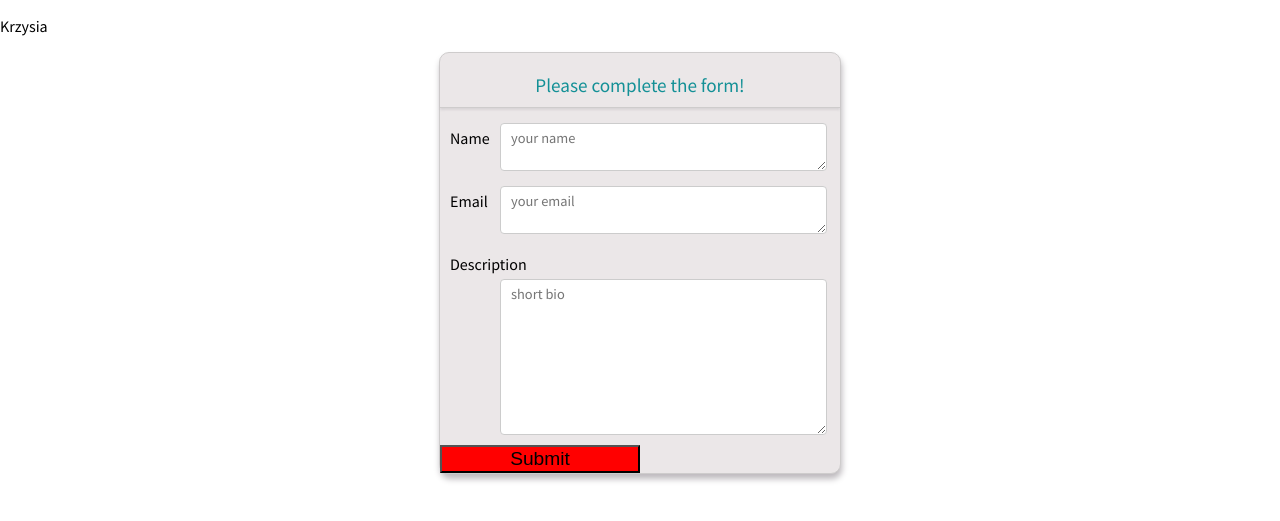
Repository: KrzysKolo/sr_tydzien4_zad2
Page: /
An editor plug-in stored every save of this project. The page is shown before and after the next save, followed by the edit.
The browser window is 1280 px wide. The pictures show the whole page.
The project was rebuilt for these pictures with package versions that can differ from the ones it lists, and the page was loaded fresh each time. Also part of the build but not shown: src/components/formComponents/ErrorMessage.js, src/components/formComponents/Message.js.

Above is the page before, as saved 2020-11-27 17:33:32.

### src/index.css
@import url("https://fonts.googleapis.com/css?family=Source+Sans+Pro");
body {
  margin: 0;
  font-family: "Source Sans Pro", sans-serif;
}

code {
  font-family: source-code-pro, Menlo, Monaco, Consolas, "Courier New",
    monospace;
}

### src/App.js
import React from 'react'
import Form from './components/Form';

function App() {
  return (
    <div>
      <p>Krzysia</p>
      <Form />
    </div>
  )
}

export default App

### src/components/Form.js
import React, { Component } from 'react';
import Input from './formComponents/Input';
import TextArea from './formComponents/TextArea';
import Button from './formComponents/Button';
import Header from './formComponents/Header';
import Message from './formComponents/Message';
import styled from 'styled-components';

const ContainerForm = styled.form`
width: 80%;
max-width: 400px;
background: rgb(235, 231, 232);
border: 1px solid rgb(206, 204, 204);
border-radius: 10px;
box-shadow: 1px 5px 6px rgb(189, 185, 189);
margin: 0 auto;
`;

class Form extends Component {

state = {
    Name: '',
    Email: '',
    Description: '',
    message: '',
    errors: {
        Name: false,
        Email: false,
        Description: false,
        }
}
message = {
    Name_incorrect: "Nazwa musi być dłuższa niż 5 znaków i nie może zawierać spacji",
    Email_incorrect: "Brak @ lub adres zawiera spacje",
    Description_incorrect: "Opis musi zawierać co najmniej 3 znaki",
}

handleChange = e =>{
    const inputName = e.target.name;
    const type = e.target.type
    if(type === "text" || type === "email") {
        const value = e.target.value;
        this.setState({
            [inputName] : value,
        })
    }
}
onSubmit = e => {
    e.preventDefault();
    const validation = this.formValidation();
    if(validation.correct) {
      this.setState({
        Name: "",
        Email: "",
        Description: '',
        message: "The form has been submitted!",
        errors: {
          Name: false,
          Email: false,
          Description: false,
        }
      })
      console.log(this.state.message);
    } else {
      this.setState({
        errors: {
          Name: !validation.Name,
          Email: !validation.Email,
          Description: !validation.Description,
        }
      })
    }
}

formValidation = () => {
    let Name = false;
    let Email = false;
    let Description = false;
    let correct = false;
    if(this.state.Name.length > 5) {
      Name = true;
    }
    if(this.state.Email.indexOf('@') !== -1 && this.state.Email.lastIndexOf(' ') === -1) {
      Email = true;
    }
    if(this.state.Description.length >= 3) {
      Description = true;
    }
    if (Name && Email && Description){
        correct = true;
      }
   return ({
      Name,
      Email,
      Description,
      correct,

    })

  }

    render () {

    return (
        <ContainerForm onSubmit={this.onSubmit} noValidate>
          <Header />
          <Input type="text" placeholder="your name" value={this.state.Name} name="Name" onChange={this.handleChange} errorInfo={this.state.errors.Name} message={this.message.Name_incorrect} />
          <Input type="email" placeholder="your email" value={this.state.Email} name="Email" onChange={this.handleChange} errorInfo={this.state.errors.Email} message={this.message.Email_incorrect} />
          <TextArea  rows="8" placeholder="short bio" value={this.state.Description} name="Description" onChange={this.handleChange} errorInfo={this.state.errors.Description} message={this.message.Description_incorrect} />
          <Button type="submit" />
          {this.state.message && <Message message={this.state.message} /> }
        </ContainerForm>
    )
    }
}

export default Form

### src/components/formComponents/Input.js
import React from 'react'
import styled from 'styled-components';
import ErrorMessage from './ErrorMessage';

const TextAreaDiv = styled.div`
    display: flex;
    flex-direction: row;
    align-content: center;
    margin: 0 auto;
    padding-top: 5px;

`;
const TextAreaLabel = styled.label`
    width: 10%;
    font-size: 1rem;
    padding: 5px 10px;
`;
const inputStyles = errorInfo => `
    width: 80%;
    max-width: 305px;
    padding: 5px 10px;
    border: 1px solid ${errorInfo ? '#d3170d' : '#ccc'};
    border-radius: 4px;
    font-family: inherit;
    font-size: 0.9rem;
    ${!errorInfo && 'margin-bottom: 10px;'}
`;
const TextAreaError = styled.textarea`
    ${props => inputStyles(props.errorInfo)}
`;

const Input = (props) => {
    const { name, message, errorInfo }= props;
    return (
        <>
            <TextAreaDiv>
                <TextAreaLabel>{name} </TextAreaLabel>
                <TextAreaError {...props} errorInfo={errorInfo} message={message}/>
            </TextAreaDiv>
            {errorInfo && <ErrorMessage message={message} /> }
        </>
    )

}

export default Input;

### src/components/formComponents/TextArea.js
import React from 'react'
import styled from 'styled-components';
import ErrorMessage from './ErrorMessage';

const TextAreaDiv = styled.div`
    display: flex;
    flex-direction: column;
    align-content: center;
    margin: 0 auto;
    padding-top: 5px;

`;
const TextAreaLabel = styled.label`
    width: 10%;
    font-size: 1rem;
    padding: 5px 10px;
`;
const textAreaStyles = errorInfo => `
    width: 80%;
    max-width: 305px;
    margin: 0 auto 0 15%;
    padding: 5px 10px;
    border: 1px solid ${errorInfo ? '#d3170d' : '#ccc'};
    border-radius: 4px;
    font-family: inherit;
    font-size: 0.9rem;
    ${!errorInfo && 'margin-bottom: 10px;'}
`;
const TextAreaError = styled.textarea`
    ${props => textAreaStyles(props.errorInfo)}
`;

const Input = (props) => {
    const { name, message, errorInfo }= props;
    return (
        <>
            <TextAreaDiv>
                <TextAreaLabel>{name} </TextAreaLabel>
                <TextAreaError {...props} errorInfo={errorInfo} message={message}/>
            </TextAreaDiv>
            {errorInfo && <ErrorMessage message={message} /> }
        </>
    )

}

export default Input;

### src/components/formComponents/Button.js
import React from 'react'
import styled from 'styled-components';

const BtnSubmit = styled.button`
 width: 200px;
 background: red;
 font-size: 1.2rem;
`;

const Button = () => {
    return (
        <BtnSubmit>Submit</BtnSubmit>
    )
}

export default Button;

### src/components/formComponents/Header.js
import React from 'react';
import styled from 'styled-components';

const HeaderTitle = styled.header`
    border-bottom: 1px solid rgb(206, 204, 204);
    box-shadow: 0 2px 2px rgba(189, 185, 189, 0.4);
    color: rgb(19, 144, 150);
    font-size: 1.2rem;
    font-wight: 900;
    padding: 10px;
    margin: 10px auto;
    text-align: center;

`;

const Header = () => {
    return (
        <HeaderTitle>
            Please complete the form!
        </HeaderTitle>
    )
}

export default Header;

Loaded but not shown: public/index.html (common file); src/index.js (common file)

After the next save:
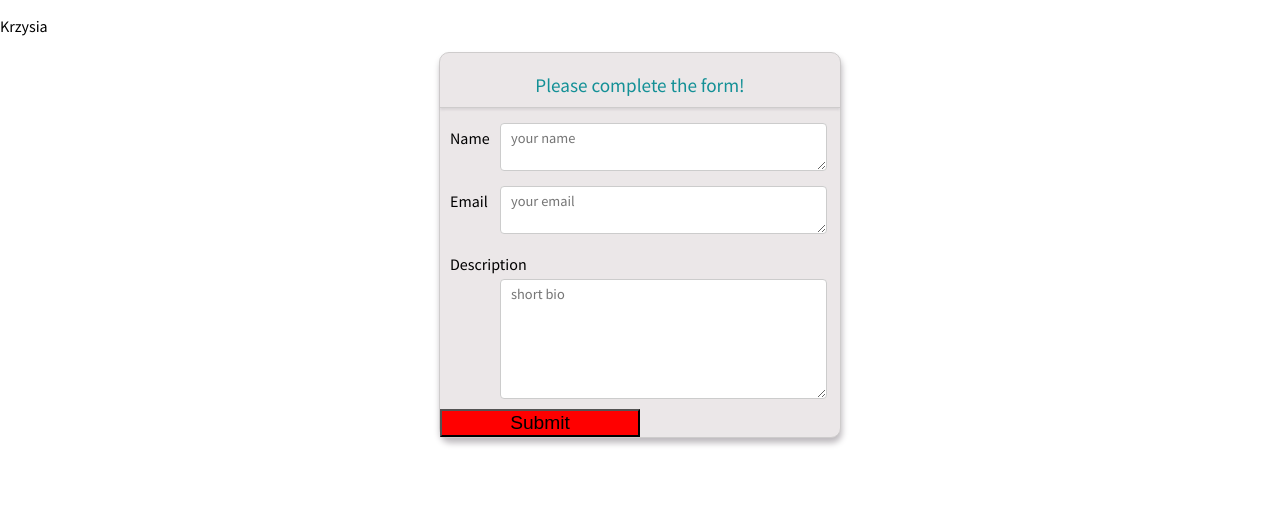
Saved 39 s later.
--- a/src/components/Form.js
+++ b/src/components/Form.js
@@ -106,7 +106,7 @@ formValidation = () => {
           <Header />
           <Input type="text" placeholder="your name" value={this.state.Name} name="Name" onChange={this.handleChange} errorInfo={this.state.errors.Name} message={this.message.Name_incorrect} />
           <Input type="email" placeholder="your email" value={this.state.Email} name="Email" onChange={this.handleChange} errorInfo={this.state.errors.Email} message={this.message.Email_incorrect} />
-          <TextArea  rows="8" placeholder="short bio" value={this.state.Description} name="Description" onChange={this.handleChange} errorInfo={this.state.errors.Description} message={this.message.Description_incorrect} />
+          <TextArea  rows="6" placeholder="short bio" value={this.state.Description} name="Description" onChange={this.handleChange} errorInfo={this.state.errors.Description} message={this.message.Description_incorrect} />
           <Button type="submit" />
           {this.state.message && <Message message={this.state.message} /> }
         </ContainerForm>
